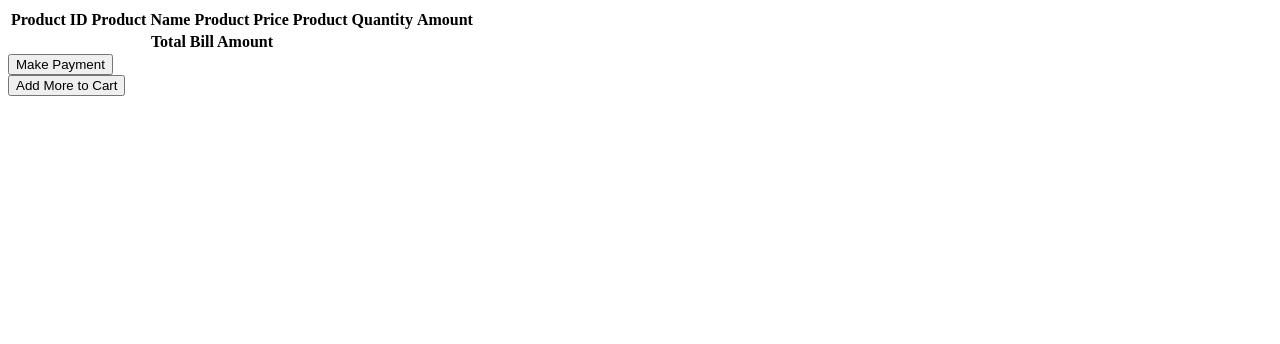
Repository: devgpta19/CDAC-Assignments
Page: http://localhost/ProductsAndUsersUsingJSPAndServlet/showProduct.jsp
The author's editor kept a copy of each file at every save. The page is drawn from the files as they stood at one save, then again after the next save.
The browser window is 1280 px wide. The pictures show the whole page.
The page is served by Tomcat 9. Other server files are loaded and not shown.

Above is the page before, as saved 2025-11-27 13:11:38.

### Adv.Java/Day6-8/ProductsAndUsersUsingJSPAndServlet/src/main/webapp/showProduct.jsp
<%@ page language="java" contentType="text/html; charset=ISO-8859-1"
	pageEncoding="ISO-8859-1"%>
<%@taglib prefix="c" uri="http://java.sun.com/jsp/jstl/core"%>

<!DOCTYPE html>
<html>
<head>
<meta charset="ISO-8859-1">
<title>Insert title here</title>
</head>
<body>
	<form action="addtocart">
		<table>
			<tr>
				<th>Product ID</th>
				<th>Product Name</th>
				<th>Product Price</th>
				<th>Product Quantity</th>
				<th>Amount</th>
			</tr>
			<c:forEach var="set" items="${ResultSet}">
				<tr>
					<c:set var="amt" value="${set.qty}*${set.price}"></c:set>
					<c:set var="tamt" value="${tamt}+${amt}"></c:set>
					<td>${set.pid}</td>
					<td>${set.pname}</td>
					<td>${set.price}</td>
					<td>${set.qty}</td>
					<td>${amt}</td>
				</tr>
			</c:forEach>
			<tr>
			<th colspan='4'>Total Bill Amount</th>
			<th>${tamt}</th>
			</tr>
		</table>

		<button type="submit" name="btn" id="btn" >Make Payment</button>
	</form>

	<form action="Category">
	<button type="submit" name="btn" id="btn">Add More to Cart</button>
	</form>
</body>
</html>

After the next save:
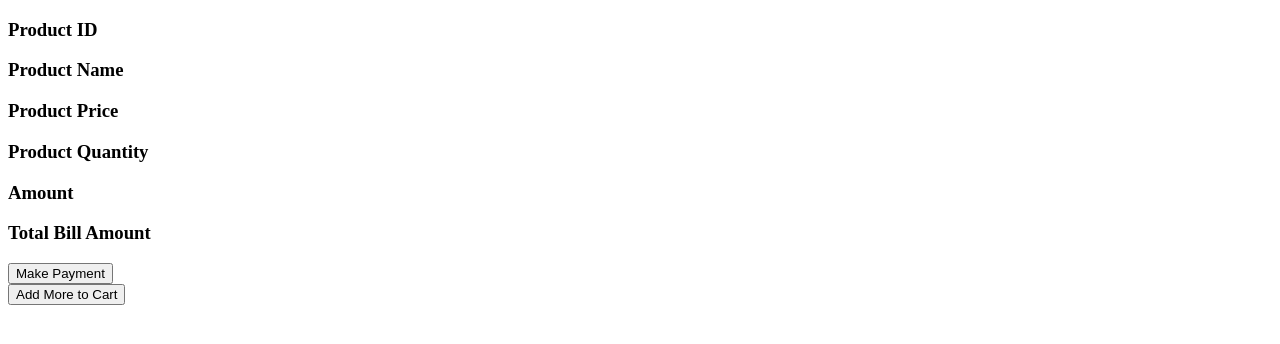
Saved 21 s later.
--- a/Adv.Java/Day6-8/ProductsAndUsersUsingJSPAndServlet/src/main/webapp/showProduct.jsp
+++ b/Adv.Java/Day6-8/ProductsAndUsersUsingJSPAndServlet/src/main/webapp/showProduct.jsp
@@ -12,11 +12,11 @@
 	<form action="addtocart">
 		<table>
 			<tr>
-				<th>Product ID</th>
-				<th>Product Name</th>
-				<th>Product Price</th>
-				<th>Product Quantity</th>
-				<th>Amount</th>
+				<h3>Product ID</h3>
+				<h3>Product Name</h3>
+				<h3>Product Price</h3>
+				<h3>Product Quantity</h3>
+				<h3>Amount</h3>
 			</tr>
 			<c:forEach var="set" items="${ResultSet}">
 				<tr>
@@ -30,8 +30,8 @@
 				</tr>
 			</c:forEach>
 			<tr>
-			<th colspan='4'>Total Bill Amount</th>
-			<th>${tamt}</th>
+			<h3 colspan='4'>Total Bill Amount</h3>
+			<h3>${tamt}</h3>
 			</tr>
 		</table>
 
